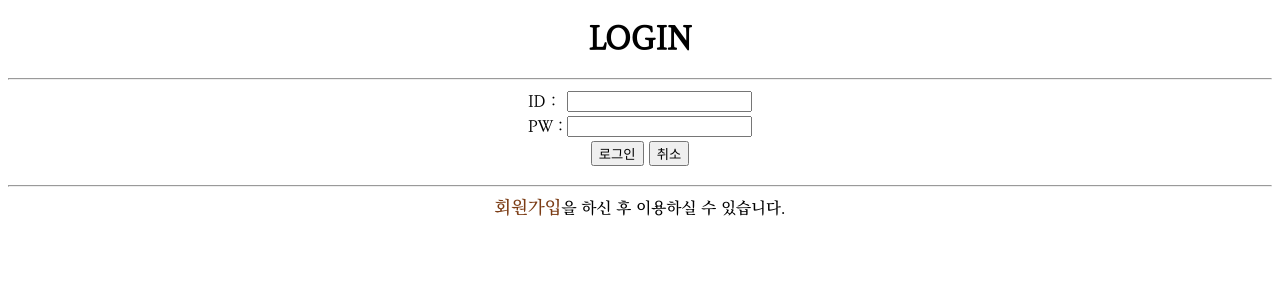
Repository: jwkim1104/SWE3002-01-Team1
Page: http://localhost/user_account/login_logout/login.jsp
These files come from the project's save history. The page is drawn as it stood at one moment and after the next save; the edit follows.
The browser window is 1280 px wide. The pictures show the whole page.
The page is served by Tomcat 9.

Above is the page before, as saved 2018-06-05 15:28:30.

After the next save:
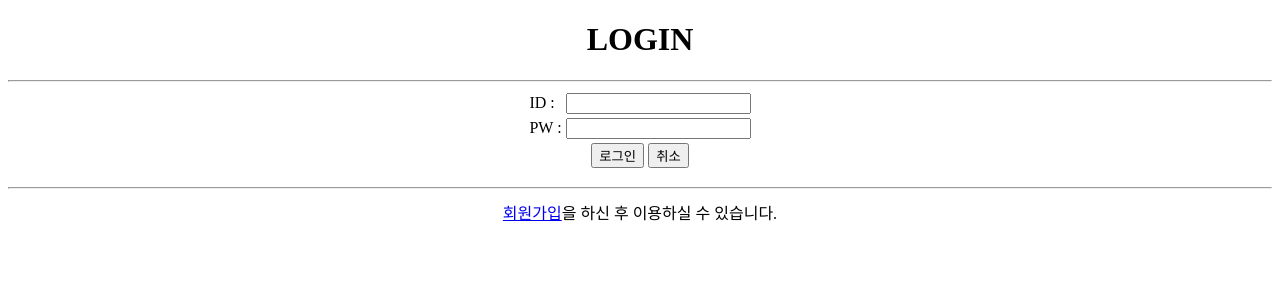
Saved 24 s later.
--- a/feature/study_library/tomcat8.5/workspace 3/user_account/WebContent/login_logout/login.jsp
+++ b/feature/study_library/tomcat8.5/workspace 3/user_account/WebContent/login_logout/login.jsp
@@ -7,7 +7,7 @@
 <meta http-equiv="Content-Type" content="text/html; charset=UTF-8">
 <title>Login</title>
 
-<link type="text/css" rel="stylesheet" href="../1995theater.css">
+
 
 
 <script>
